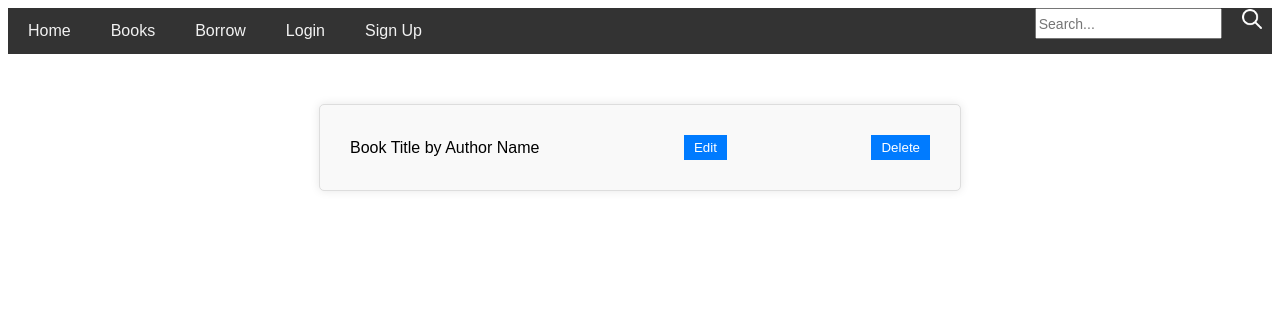
Repository: fadyesk12/Web-Technology-Course-Project
Page: auth/admin.html
An editor plug-in stored every save of this project. The page is shown before and after the next save, followed by the edit.
The browser window is 1280 px wide. The pictures show the whole page.

Above is the page before, as saved 2024-04-20 09:38:59.

### auth/admin.html
<!DOCTYPE html>
<html lang="en">

<head>
    <meta charset="UTF-8">
    <meta name="viewport" content="width=device-width, initial-scale=1.0">
    <title>Admin Page</title>
    <link rel="stylesheet" href="../Styling/admin.css">
</head>

<body>
    <div id="navbar">
        <a href="../index.html">Home</a>
        <a href="../book_list.html">Books</a>
        <a href="../borrow.html">Borrow</a>
        <a href="../auth/login.html">Login</a>
        <a href="../auth/signup.html">Sign Up</a>
        <div class="search">
            <form action="" method="get">
                <input type="text" placeholder="Search...">
                <button type="submit"><img src="../PICS/search.png"></button>
            </form>
        </div>
    </div>
    <div class="container">
        <div id="bookList">
            <div class="book-row">
                <span>Book Title by Author Name</span>
                <button>Edit</button>
                <button>Delete</button>
            </div>
        </div>
    </div>
</body>

</html>

### Styling/admin.css
#navbar {
    overflow: hidden;
    background-color: #333;
}

#navbar a {
    float: left;
    display: block;
    color: #f2f2f2;
    text-align: center;
    padding: 14px 20px;
    text-decoration: none;
}

#navbar a:hover {
    background-color: #ddd;
    color: black;
}

body {
    font-family: Arial, sans-serif;
}

.container {
    max-width: 600px;
    margin: 50px auto;
    padding: 20px;
    border: 1px solid #ddd;
    border-radius: 5px;
    background-color: #f9f9f9;
    box-shadow: 0 0 10px rgba(0, 0, 0, 0.1);
}


label {
    display: block;
    font-weight: bold;
    margin-bottom: 5px;
}

h1,
h2 {
    text-align: center;
}

#bookList {
    width: 100%;
    max-width: 600px;
    margin: 0 auto;
}

.book-row {
    display: flex;
    justify-content: space-between;
    align-items: center;
    padding: 10px;
    border-bottom: 1px solid #ccc;
}

.book-row:last-child {
    border-bottom: none;
}

button {
    margin-left: 10px;
    background-color: #007bff;
    color: white;
    border: none;
    padding: 5px 10px;
    cursor: pointer;
}

button:hover {
    background-color: #0056b3;
}

.search {
    float: right;
}

.search input {
    width: 75%;
    height: 25px;
    font-size: 14px;
}

.search img {
    width: 20px;
}

.search button {
    background-color: #333;
    border: 0;
    height: 25px;
    padding: 0 10px;
}

.search form {
    display: flex;
    justify-content: flex-end;
}

After the next save:
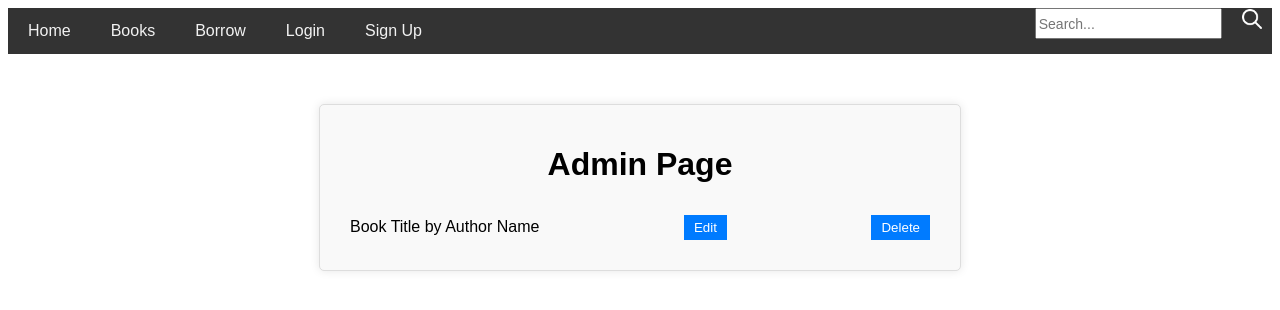
Saved 5 s later.
--- a/auth/admin.html
+++ b/auth/admin.html
@@ -23,6 +23,7 @@
         </div>
     </div>
     <div class="container">
+        <h1>Admin Page</h1>
         <div id="bookList">
             <div class="book-row">
                 <span>Book Title by Author Name</span>
